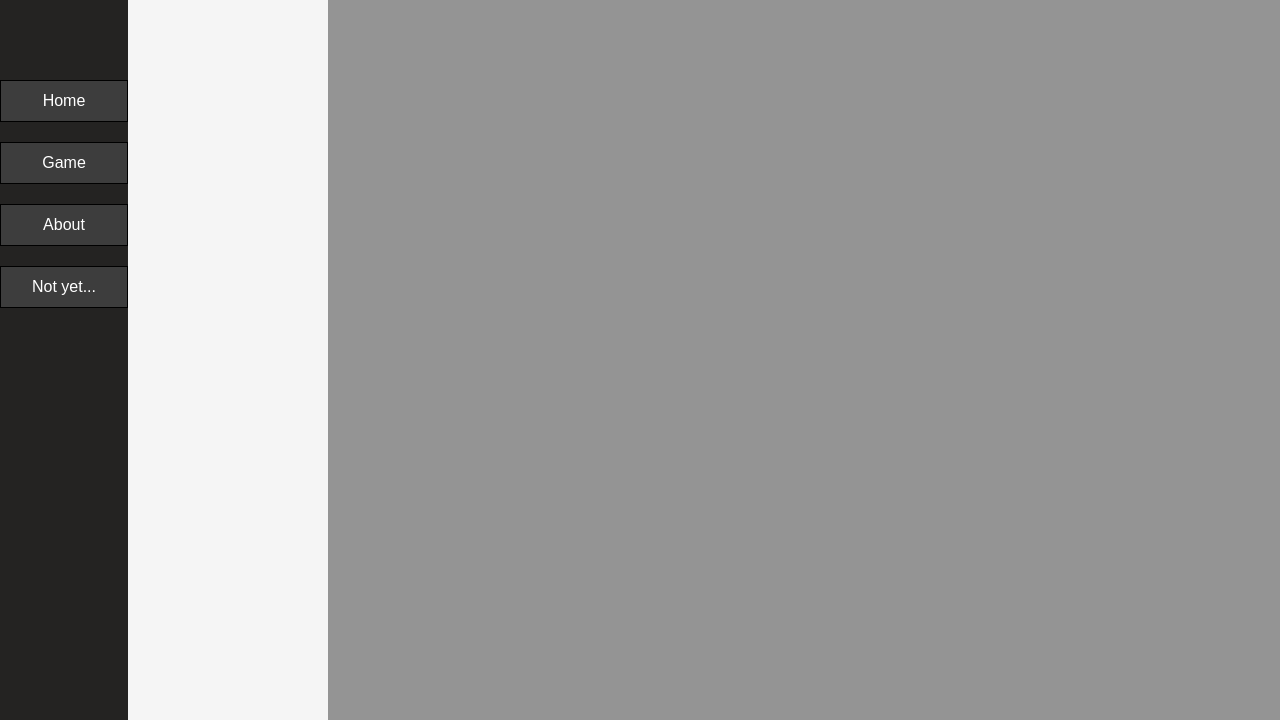
Repository: LaukiniXs/astronomia
Page: index.html
The author's editor kept a copy of each file at every save. The page is drawn from the files as they stood at one save, then again after the next save.
The browser window is 1280 px wide. The pictures show the whole page.

Above is the page before, as saved 2020-05-18 14:53:34.

### index.html
<html>
	<head>
	<meta charset="UTF-8">
		<title>Fully fledged page</title>
			<link rel="stylesheet" type="text/css" href="style.css">

	</head>
	<body>
		<div id="sidebar">
		<a href=""><button class="button" style="height:42px; margin-top: 80px;">Home</button></a>
		<a href="./game.html"><button class="button" style="height:42px;">Game</button></a>
		<a href="./about.html"><button class="button" style="height:42px;">About</button></a>
		<a href=""><button class="button" style="height:42px;">Not yet...</button></a>
		</div>
		<div id="clearFloat"></div>
		<div id="textcontent1"></div>

	</body>

</html>

### style.css
* {
    margin: 0px;
    padding: 0px;
    font-family: Arial, Helvetica, sans-serif;
}
body{
  background-color:  #949494;
}
#sidebar {
    float: left;
    background-color:#242322;
    width: 10%;
    height: 100%;
}
.button {
  user-select: none;
  float: left;
    border: 1px solid black;
    background: #3d3d3d;
    color: white;
    font-family: Arial, Helvetica, sans-serif;
    font-size: 16px;
    line-height: 18px;
    white-space: nowrap;
    text-decoration: none;
    width: 100%;
    margin: 10px 0;
    cursor: pointer;
  }
  .floatRight{
    float: right;

  }
  .clearFloat{
    clear: both;
  }
  a {
   text-decoration: none;
    color: white;
  }
  #contents{
    word-wrap: break-word;
    float: left;
    width: 40%;
    height: 100%;
    background-color: violet;
  }
  .contentText{
    margin: 50px 10px;
    font-size: 20px;
  }
  #splash {
    user-select: none;
    float: left;
    margin: 0 2px;
    z-index: 10;
    position: absolute;
    background: rgba(0, 0, 0, 0.5);
    width: 1000px;
    padding: 100px 0;
    text-align: center;
}

#play-btn {
    width: 150px;
    height: 40px;
    background-color: crimson;
    border: 0px;
}

#title {
    color: white;
    font-size: 60px;
    font-family: Arial, Helvetica, sans-serif;
}

#controls {
    color: #c9c9c9;
    font-family: Arial, Helvetica, sans-serif;
    padding-top: 40px;
}

.controlBtn {
    font-weight: bold;
    color: #f0f0f0;
}

#gameover {
  float: left;
  margin-left: 50px;
  width: 1000px;
  height: 580px;
    display: none;
    color: white;
    position: absolute;
    background: rgba(0, 0, 0, 0.5);
    width: 1000px;
    text-align: center;
    font-size: 60px;
    font-family: Arial, Helvetica, sans-serif;
}
#tip{
    user-select: none;
    font-size: 20px;
    font-family: Arial, Helvetica, sans-serif;
}
#game{
  margin-top: 30px;
  float: left;
}
#gamediv{
  margin-top: 12px;
  margin-left: 30px;
  float: left;
}
#log{
  float: left;
}
#gameoverText{
  user-select: none;
  margin-top: 200px;
}
#splash{
  margin-top: 100px;
  margin-left: 50px;
}
#textcontent1{

  float: left;
  height: 100%;
  width: 200px;
  word-wrap: break-word;
  background-color: whitesmoke;
}

After the next save:
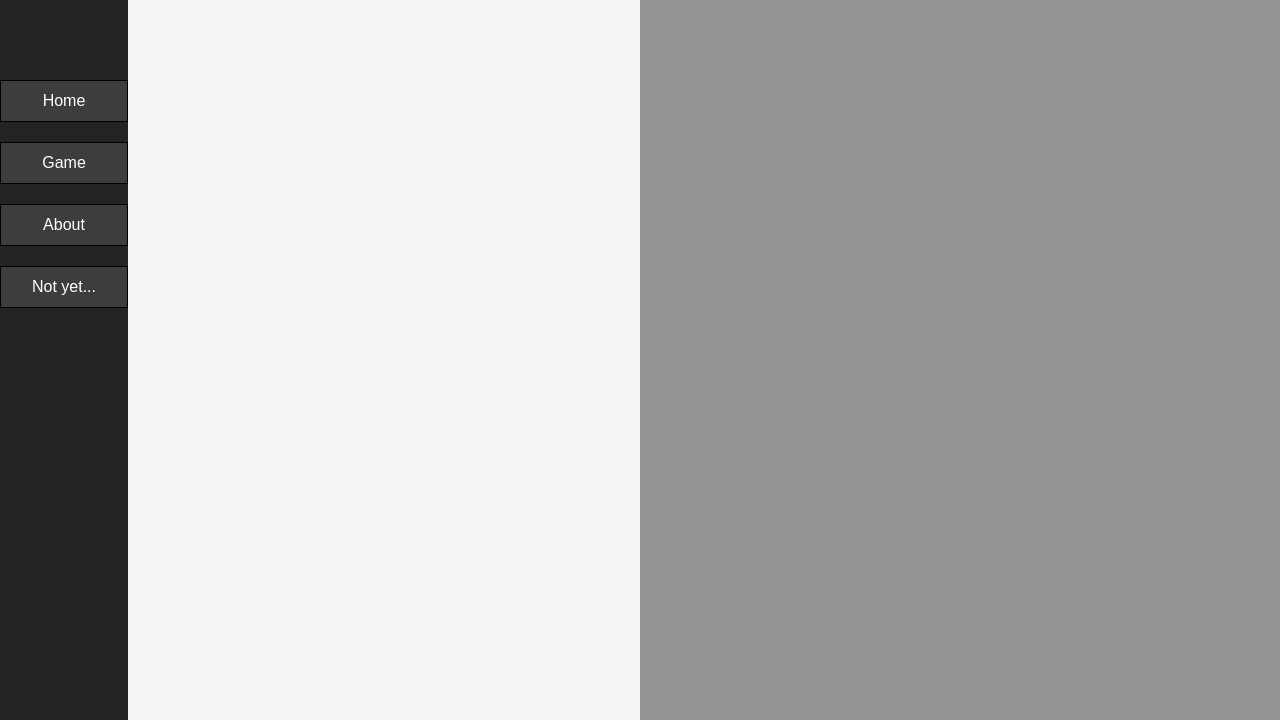
Saved 11 s later.
--- a/style.css
+++ b/style.css
@@ -128,7 +128,7 @@ body{
 
   float: left;
   height: 100%;
-  width: 200px;
+  width: 40%;
   word-wrap: break-word;
   background-color: whitesmoke;
 }
